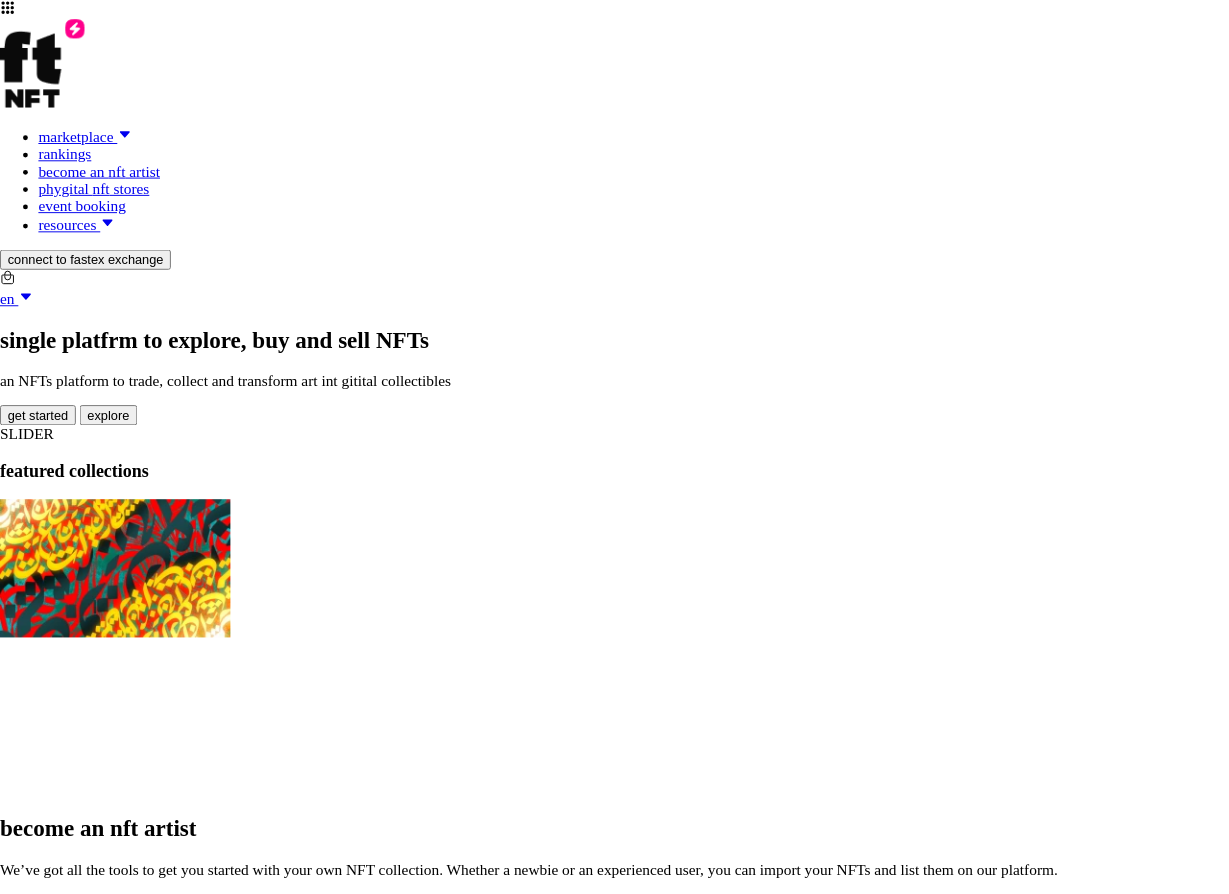
Repository: DxMAlbertGasparyan/_Project
Page: index.html
An editor plug-in stored every save of this project. The page is shown before and after the next save, followed by the edit.
The browser window is 1280 px wide. The pictures show the whole page, at 96% of full size.

Above is the page before, as saved 2023-12-05 14:40:08.

After the next save:
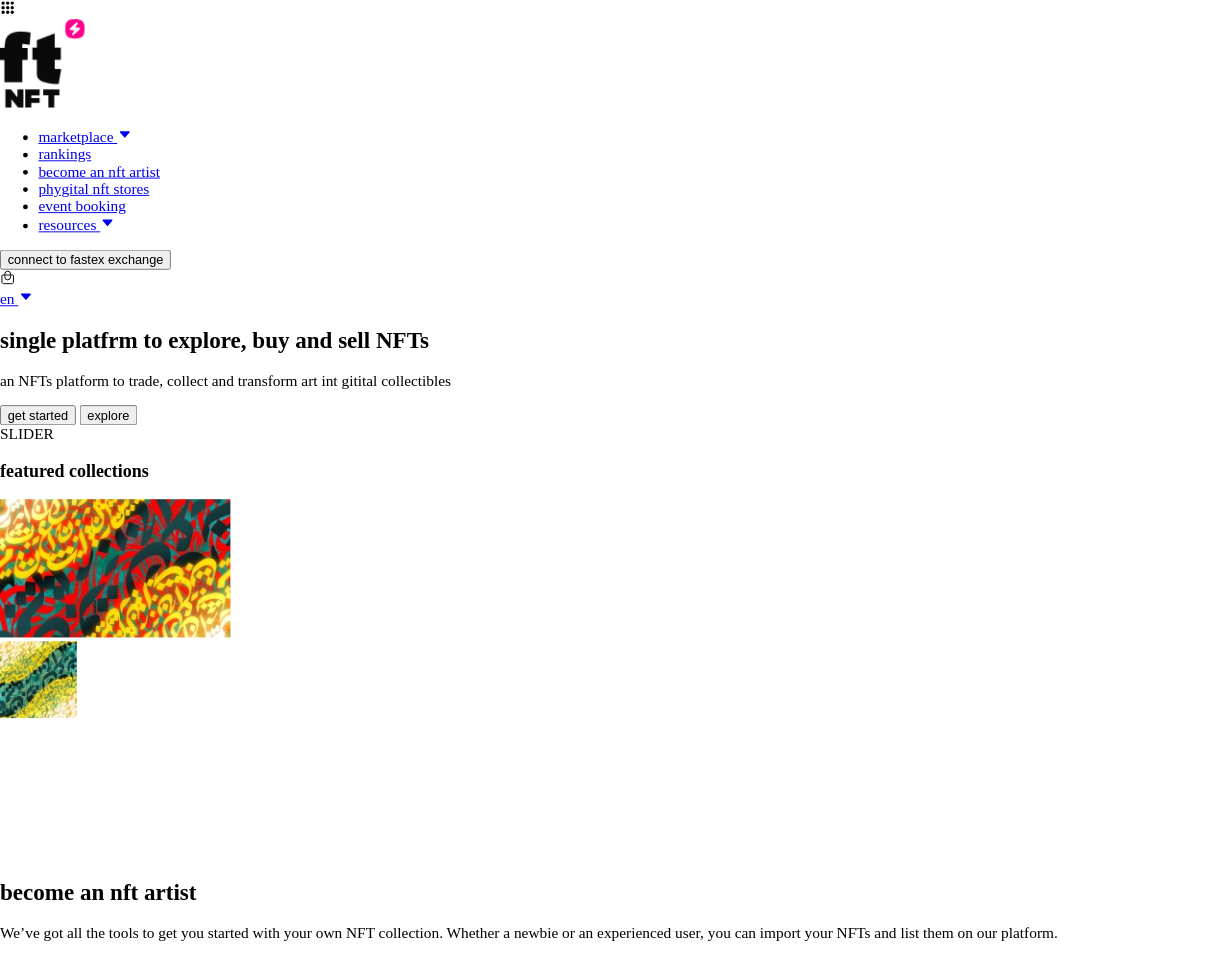
Saved 89 s later.
--- a/index.html
+++ b/index.html
@@ -73,7 +73,7 @@
                     <div class="item">
                         <img src="./images/x39ziHUqPbngSsMldAuyOo2CUYyfhxfirgHPHXK6.webp" alt="">
                         <div class="bordered_img">
-                            <img src="" alt="">
+                            <img src="./images/XlDaUsynpYf66BdMb3ev9yMQ0K4AoFQKDEj72lPN.webp" alt="">
                         </div>
                     </div>
                     <div class="item">
